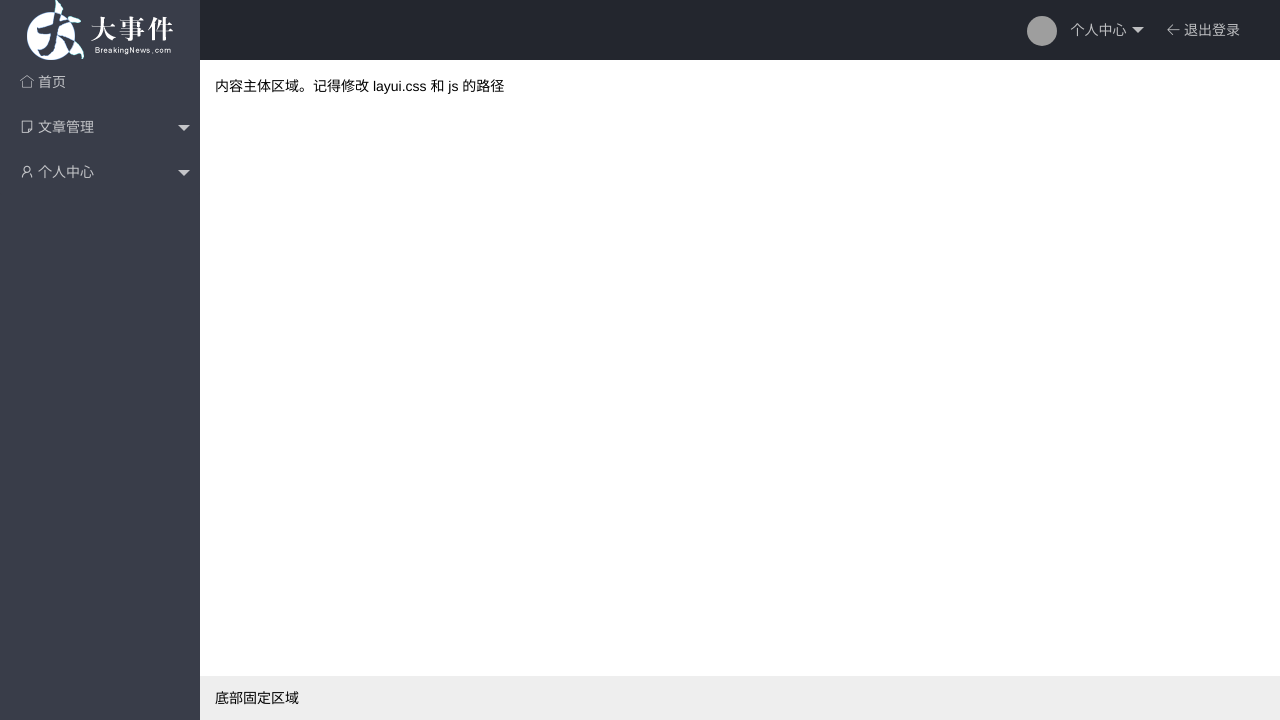
Repository: R1Deemo/Main-project
Page: index.html
These files come from the project's save history. The page is drawn as it stood at one moment and after the next save; the edit follows.
The browser window is 1280 px wide. The pictures show the whole page.
Pictures or frames that could not be fetched are drawn as grey boxes.

Above is the page before, as saved 2022-10-30 17:34:26.

### index.html
<!DOCTYPE html>
<html>

<head>
    <meta charset="utf-8">
    <meta name="viewport" content="width=device-width, initial-scale=1, maximum-scale=1">
    <title>layout 管理系统大布局 - Layui</title>
    <link rel="stylesheet" href="/assets/lib/layui/css/layui.css">
    <link rel="stylesheet" href="/assets/css/index.css">
</head>

<body>
    <div class="layui-layout layui-layout-admin">
        <div class="layui-header">
            <div class="layui-logo layui-hide-xs layui-bg-black" id="logo"></div>
            <!-- 头部区域（可配合layui 已有的水平导航） -->
            <ul class="layui-nav layui-layout-left">
                <!-- 移动端显示 -->
                <li class="layui-nav-item layui-show-xs-inline-block layui-hide-sm" lay-header-event="menuLeft">
                    <i class="layui-icon layui-icon-spread-left"></i>
                </li>


                <li class="layui-nav-item">

                    <dl class="layui-nav-child">
                        <dd><a href="">menu 11</a></dd>
                        <dd><a href="">menu 22</a></dd>
                        <dd><a href="">menu 33</a></dd>
                    </dl>
                </li>
            </ul>
            <ul class="layui-nav layui-layout-right">
                <li class="layui-nav-item layui-hide layui-show-md-inline-block">
                    <a href="javascript:;">
                        <img src="//tva1.sinaimg.cn/crop.0.0.118.118.180/5db11ff4gw1e77d3nqrv8j203b03cweg.jpg" class="layui-nav-img"> 个人中心
                    </a>
                    <dl class="layui-nav-child">
                        <dd><a href="">基本资料</a></dd>
                        <dd><a href="">更换头像</a></dd>
                        <dd><a href="">重置密码</a></dd>
                    </dl>
                </li>
                <li class="layui-nav-item" lay-header-event="menuRight" lay-unselect>
                    <a href="javascript:;">
                        <i class="layui-icon layui-icon-return"> 退出登录</i>
                    </a>
                </li>
            </ul>
        </div>

        <div class="layui-side layui-bg-black">
            <div class="layui-side-scroll">
                <!-- 左侧导航区域（可配合layui已有的垂直导航） -->
                <ul class="layui-nav layui-nav-tree" lay-filter="test">
                    <li class="layui-nav-item"> <a href="javascript:;"><i class="layui-icon layui-icon-home"></i> 首页</a></li>
                    <li class="layui-nav-item">
                        <a class="" href="javascript:;"> <i class="layui-icon layui-icon-file-b"></i> 文章管理</a>
                        <dl class="layui-nav-child">
                            <dd><a href="javascript:;"><i class="layui-icon layui-icon-release"></i> 文章类别</a></dd>
                            <dd><a href="javascript:;"><i class="layui-icon layui-icon-release"></i> 文章列表</a></dd>
                            <dd><a href="javascript:;"><i class="layui-icon layui-icon-release"></i> 发表文章</a></dd>
                            <!-- <dd><a href="">the links</a></dd> -->
                        </dl>
                    </li>
                    <li class="layui-nav-item">
                        <a href="javascript:;"><i class="layui-icon layui-icon-username"></i> 个人中心</a>
                        <dl class="layui-nav-child">
                            <dd><a href="javascript:;"><i class="layui-icon layui-icon-release"></i> 基本资料</a></dd>
                            <dd><a href="javascript:;"><i class="layui-icon layui-icon-release"></i> 更换头像</a></dd>
                            <dd><a href="javascript:;"><i class="layui-icon layui-icon-release"></i> 重置密码</a></dd>
                        </dl>
                    </li>

                    <!-- <li class="layui-nav-item"><a href="">the links</a></li> -->
                </ul>
            </div>
        </div>

        <div class="layui-body">
            <!-- 内容主体区域 -->
            <div style="padding: 15px;">内容主体区域。记得修改 layui.css 和 js 的路径</div>
        </div>

        <div class="layui-footer">
            <!-- 底部固定区域 -->
            底部固定区域
        </div>
    </div>
    <script src="/assets/lib/layui/layui.all.js"></script>

</body>

</html>

### assets/css/index.css
#logo {
    background: url(/assets/images/logo.png) no-repeat center;
}

Loaded but not shown: assets/lib/layui/css/layui.css (library); assets/lib/layui/layui.all.js (library); assets/lib/layui/css/modules/laydate/default/laydate.css (library); assets/lib/layui/css/modules/layer/default/layer.css (library); assets/lib/layui/css/modules/code.css (common file)

After the next save:
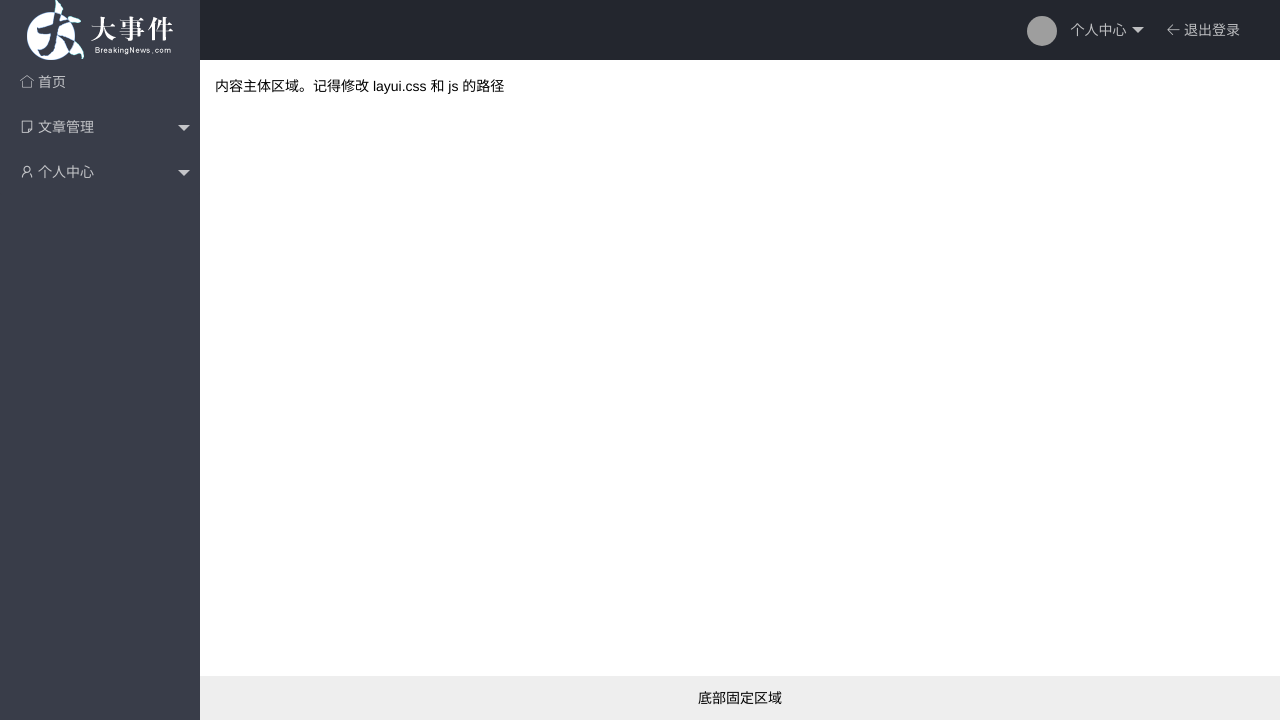
Saved 84 s later.
--- a/assets/css/index.css
+++ b/assets/css/index.css
@@ -1,3 +1,7 @@
 #logo {
     background: url(/assets/images/logo.png) no-repeat center;
 }
+
+.layui-footer {
+    text-align: center;
+}
